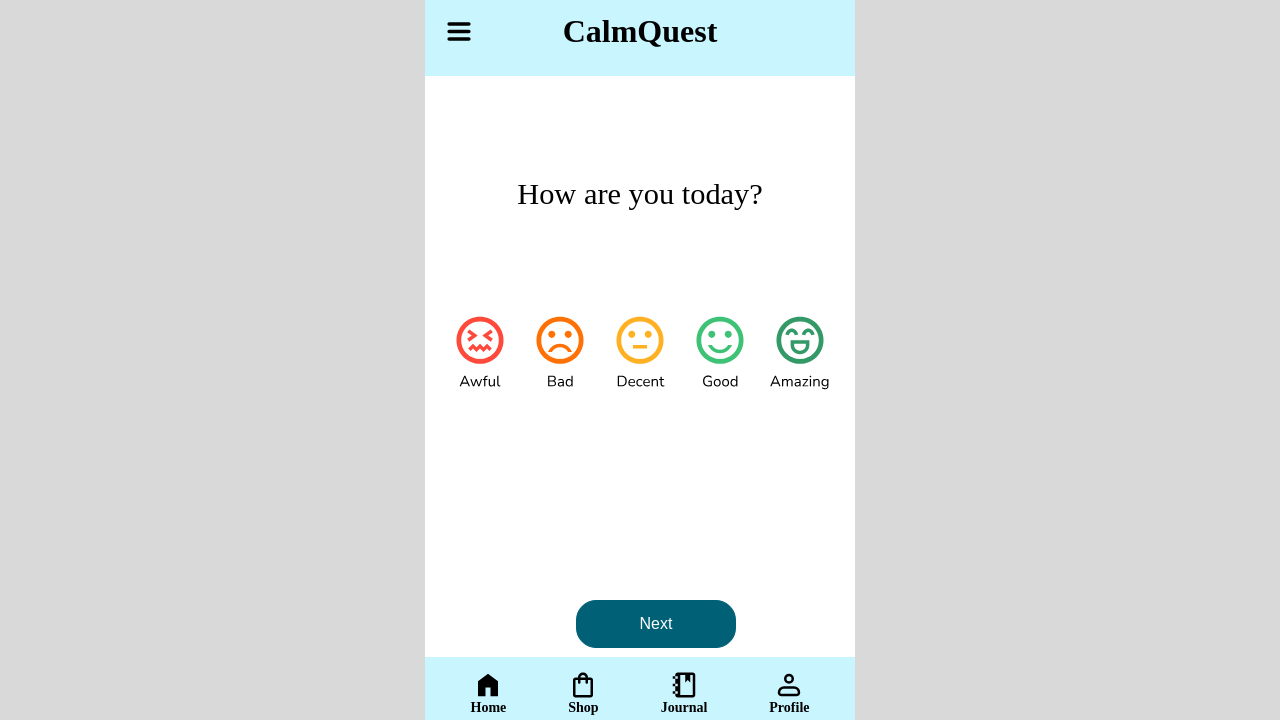
Repository: Michelle2317/CalmQuest
Page: /ParentQuiz
The author's editor kept a copy of each file at every save. The page is drawn from the files as they stood at one save, then again after the next save.
The browser window is 1280 px wide. The pictures show the whole page.
The project was rebuilt for these pictures with package versions that can differ from the ones it lists, and the page was loaded fresh each time. The framework's server and built-in components were replaced by stand-ins that run in the browser. Also part of the build but not shown: next.config.mjs.

Above is the page before, as saved 2024-04-11 02:16:07.

### pages/ParentQuiz.js
import Head from 'next/head'
import styles from '@/styles/Home.module.css'
import ChildQuestions from './ChildQuestions'
import Navbar from '@/components/Navbar'
import Tabbar from '@/components/Tabbar'
import Image from 'next/image'
import { useState } from 'react'

export default function ParentQuiz() {
	const [step, setStep] = useState(1)
	const [previousAnswer, setPreviousAnswer] = useState(null)
	const [selectedAnswers, setSelectedAnswers] = useState([])
	const [quizComplete, setQuizComplete] = useState(false)
	const [score, setScore] = useState(0)
	const [outcome, setOutcome] = useState('')
	const [seedsClaimed, setSeedsClaimed] = useState(false)

	const handleAnswerSelect = (answer) => {
		let points = 0

		switch (step) {
			case 1:
				switch (answer) {
					case 'Awful':
						points = -2
						break
					case 'Bad':
						points = -1
						break
					case 'Decent':
						points = 0
						break
					case 'Good':
						points = 1
						break
					case 'Amazing':
						points = 2
						break
					default:
						break
				}
				break
			case 2:
				switch (answer) {
					case 'Joy':
						points = 1
						break
					case 'Sadness':
					case 'Fear':
						points = -1
						break
					case 'Anger':
						points = -2
						break
					default:
						break
				}
				break
			default:
				break
		}
		setSelectedAnswers([...selectedAnswers, { answer, points }])
		setScore(score + points)

		if (step === 4) {
			calculateOutcome()
		}
		setPreviousAnswer(answer)
	}

	const handleNextStep = () => {
		if (step < 4) {
			setStep(step + 1)
		} else {
			setQuizComplete(true)
			calculateOutcome()
		}
	}

	const calculateOutcome = () => {
		const headspace =
			selectedAnswers[
				selectedAnswers.length - 1
			].answer.toString()
		const totalScore = score
		let message = ''

		if (totalScore >= 0 && totalScore <= 3) {
			message = `You're doing a great job about your ${headspace.toLowerCase()}! Keep it up and you'll do wonders!`
		} else if (totalScore > 3 && totalScore <= 6) {
			message = `You're doing great about your ${headspace.toLowerCase()}!`
		} else if (totalScore >= -7 && totalScore <= -5.5) {
			message = `It sounds like you're having a tough time with your ${headspace.toLowerCase()}. Consider seeking professional help services.`
		} else if (totalScore > -5 && totalScore <= -3) {
			message = `It sounds like you're struggling with your ${headspace.toLowerCase()}. Try some mental exercises to improve your mood.`
		} else if (totalScore > -2.5 && totalScore < 0) {
			message = `It seems like you're having a bit of difficulty with your ${headspace.toLowerCase()}. Mental exercises might help.`
		}
		setOutcome(message)
	}

	const handleClaimSeeds = () => {
		setSeedsClaimed(true)
	}

	const handleMoreActivities = () => {}

	const handlePreviousStep = () => {
		if (step > 1) {
			setStep(step - 1)
		}
	}

	const handleSubmitQuiz = () => {
		setQuizComplete(true)
		calculateOutcome()
	}

	return (
		<>
			<Head>
				<title>CalmQuest</title>
				<meta name="description" content="Generated by create next app" />
				<meta name="viewport" content="width=device-width, initial-scale=1" />
				<link rel="icon" href="/favicon.ico" />
			</Head>
			<main className={`${styles.main}`}>
				<div className={styles.mainContainer}>
					<Navbar />
					{!quizComplete && (
						<ChildQuestions
							question={
								step === 1
									? 'How are you today?'
									: step === 2
									? 'How do you feel?'
									: step === 3
									? 'Describe your feelings?'
									: "What's taking up most of your headspace right now?"
							}
							onSelect={
								handleAnswerSelect
							}
							previousAnswer={
								previousAnswer
							}
							handleNextStep={
								handleNextStep
							}
							outcome={outcome}
					  />
				  )}
					{quizComplete && (
						<div
							className={styles.outcomeContainer}>
							<Image
								src="/images/check.svg"
								alt="Check"
								width={100}
								height={100}
								className={styles.checkIcon}
							/>
							<h2 className={styles.checkDone}>Check-In Done!</h2>
							<p className={`${styles.outcomeMessage}`}>{outcome}</p>
							{!seedsClaimed ? (
								<button
									className={styles.primaryButtonQuiz}
									onClick={handleClaimSeeds}>	Claim 3x Seeds
								</button>
							) : (
								<p
									className={styles.claimedSeeds}>Seeds Claimed</p>
							)}
							<button
								className={styles.primaryButtonQuiz}
								onClick={handleMoreActivities}>More Activities
							</button>
						</div>
					)}
					<div className={styles.buttonContainer}>
						{step > 1 && !quizComplete && (
							<button
								className={`${styles.secondaryButtonQuiz}`}
								onClick={handlePreviousStep}
								tabindex="0">Back
							</button>
						)}
						{!quizComplete ? (
							<button
								className={`${styles.primaryButtonQuiz}`}
								onClick={step === 4 ? handleSubmitQuiz : handleNextStep}
								tabindex="0"
							  >
								{step === 4 ? 'Submit' : 'Next'}
							</button>
						) : (
							<>
              </>
						)}
					</div>
					<Tabbar />
				</div>
			</main>
		</>
	)
}

### styles/globals.css
:root {
	--white: #fff;
	--black: #000;
	--gray: #d9d9d9;
	--light-blue: #c9f5ff;
	--dark-turquoise: #006075;
	--dark-gray: #C0C0C0;
	/* --ombre: linear-gradient(180deg, #E7ECFF 0%, #D8FFFA 100%); */
	/* font size */
	--title1: 36px;
	--title2: 32px;
	--body2: 16px;
	--body-3-small: 14px;
	--body-1-large: 18px;
}

* {
	margin: 0;
	padding: 0;
}

### styles/Home.module.css
.main {
	display: flex;
	flex-direction: row;
	justify-content: center;
	align-items: center;
	min-height: 20vh;
	background-color: var(--gray);
	overflow-y: hidden;
}

.mainContainer {
	position: relative;
	display: flex;
	flex-direction: column;
	justify-content: space-between;
	align-items: center;
	width: 430px;
	height: 100vh;
	max-height: 932px;
	background-color: var(--white);
	overflow-y: auto;
	overflow-x: hidden;
}

.getStartedButton {
}

/*home content*/
.helloContainer {
	display: flex;
	flex-direction: row;
	align-items: center;
	gap: 48px;
}

.mainHello {
	font-size: var(--title2);
}

.mainQuote,
.checkIn {
	font-size: var(--body-3-small);
}

.journalingContainer {
	width: 398px;
}

.explore,
.prompt {
	font-size: var(--body-1-large);
	font-weight: bold;
}

.quote {
	font-size: var(--body2);
}

.write {
	text-align: right;
}

.exerciseCarousel {
	display: flex;
	flex-direction: row;
}

/* Quiz/Check-In */
.questionOne,
.questionTwo {
	color: var(--black);
	font-family: 'Merriweather', serif;
	font-size: 1.9em;
	font-weight: 400;
	text-align: center;
}

.questionDescription {
	font-family: 'Nunito', sans-serif;
	font-size: 1rem;
	font-weight: 400;
}

.questionTwoDescription {
	font-family: 'Nunito', sans-serif;
	font-size: 1rem;
	font-weight: 400;
	margin-top: -4rem;
}

.questionThreeDescription {
	font-family: 'Nunito', sans-serif;
	font-size: 1rem;
	font-weight: 400;
	margin-top: -5rem;
}

.emojis {
	flex-direction: row;
	display: inline-flex;
	position: relative;
	justify-content: center;
	padding-bottom: 10rem;
}

.questionOneNext {
	position: absolute;
	margin-top: 28rem;
}

.quizNext {
	position: absolute;
	margin-top: 30rem;
	margin-left: 8rem;
}

.quizBack {
	position: absolute;
	margin-top: 30rem;
	margin-right: 8rem;
}

.emojisEmotion {
	display: flex;
	flex-wrap: wrap;
	justify-content: center;
	margin-top: -4rem;
}

.emotionContainer {
	display: flex;
}

.emotionRegular {
	width: 9rem;
	height: 6rem;
	margin: 0.5rem;
	padding: 0.5rem;
	background-color: var(--light-blue);
	border-radius: 0.5rem;
}

.selectedEmoji {
	border: 0.2rem solid var(--dark-turquoise);
}

.multiSelectContainer {
	display: flex;
	flex-wrap: wrap;
	justify-content: center;
}

.titleEmotion {
	position: absolute;
	margin-top: -5rem;
}

.rectangle {
	width: 6.5rem;
	height: 3.5rem;
	background-color: var(--light-blue);
	margin: 0.5rem;
	display: flex;
	justify-content: center;
	align-items: center;
	border-radius: 0.5rem;
	font-family: 'Nunito', sans-serif;
}

.buttonContainer {
	position: absolute;
	margin-top: 34.5rem;
}

.primaryButtonQuiz {
	text-align: center;
	color: var(--white);
	font-size: 16px;
	font-family: 'Nunito', sans-serif;
	font-weight: 400;
	word-wrap: break-word;
	width: 160px;
	height: 48px;
	background: var(--dark-turquoise);
	border: 1px var(--dark-turquoise) solid;
	border-radius: 20px;
	justify-content: center;
	align-items: center;
	display: inline-flex;
	margin-left: 2rem;
	margin-top: 3rem;
}

.primaryButtonQuiz:hover {
	text-align: center;
	color: var(--dark-turquoise);
	font-size: 16px;
	font-family: 'Nunito', sans-serif;
	font-weight: 400;
	word-wrap: break-word;
	width: 160px;
	height: 48px;
	background: var(--light-blue);
	border: 1px var(--dark-turquoise) solid;
	border-radius: 20px;
	justify-content: center;
	align-items: center;
	display: inline-flex;
}

.secondaryButtonQuiz {
	text-align: center;
	color: var(--white);
	font-size: 16px;
	font-family: 'Nunito', sans-serif;
	font-weight: 400;
	word-wrap: break-word;
	width: 160px;
	height: 48px;
	border-radius: 20px;
	background-color: var(--black);
	overflow: hidden;
	border: 1px var(--black) solid;
	justify-content: center;
	align-items: center;
	display: inline-flex;
}

.secondaryButtonQuiz:hover {
	width: 160px;
	height: 48px;
	color: var(--black);
	background: var(--white);
	border-radius: 20px;
	overflow: hidden;
	border: 1px var(--black) solid;
	justify-content: center;
	align-items: center;
	display: inline-flex;
}

.secondary,
.button {
	color: var(--dark-turquoise);
}

.checkIcon {
	position: relative;
	padding-left: 10rem;
	margin-top: -4rem;
}

.checkDone {
	color: var(--black);
	font-family: 'Merriweather', serif;
	font-size: 1.9em;
	font-weight: 400;
	text-align: center;
	padding-top: 2rem;
	padding-bottom: 1rem;
}

.claimedSeeds {
	text-align: center;
	color: var(--white);
	font-size: 16px;
	font-family: 'Nunito', sans-serif;
	font-weight: 400;
	width: 160px;
	height: 48px;
	background: var(--dark-gray);
	border: 1px var(--dark-turquoise) solid;
	border-radius: 20px;
	overflow: hidden;
	justify-content: center;
	align-items: center;
	display: inline-flex;
	margin-left: 3rem;
	margin-top: 3rem;
}

.outcomeMessage {
	text-align: center;
	width: 90%;
	padding-left: 1rem;
}

### components/Navbar/index.js
import styles from './Navbar.module.css'
import Image from 'next/image'

export default function Navbar() {
	return (
		<>
			<div className={styles.navbar}>
					<Image
						src={`/images/hamburgerMenu.svg`}
						alt="hamburger menu"
						width="30"
						height="30"
						className={styles.hamburgerMenuIcon}
					/>
				<div className={styles.calmQuest}>CalmQuest</div>
			</div>
		</>
	)
}

### components/Tabbar/index.js
import styles from "./Tabbar.module.css";
import Image from "next/image";

export default function Tabbar() {
  return (
    <>
      <div className={styles.tabbar}>
        <div className={styles.homeContainer}>
          <Image
            src={`/images/homeSecondary.svg`}
            alt="home"
            width={30}
            height={30}
            className={styles.homeSecondary}
          />
          <p>Home</p>
        </div>
        <div className={styles.shopContainer}>
          <Image
            src={`/images/shopPrimary.svg`}
            alt="shop icon"
            width={30}
            height={30}
            className={styles.shopPrimary}
          />
          <p>Shop</p>
        </div>
        <div className={styles.journalContainer}>
          <Image
            src={`/images/journalPrimary.svg`}
            alt="journal icon"
            width={30}
            height={30}
            className={styles.journalPrimary}
          />
          <p>Journal</p>
        </div>
        <div className={styles.profileContainer}>
          <Image
            src={`/images/profilePrimary.svg`}
            alt="profile icon"
            width={30}
            height={30}
            className={styles.profilePrimary}
          />
          <p>Profile</p>
        </div>
      </div>
    </>
  );
}

### components/Navbar/Navbar.module.css
.navbar {
	width: 430px;
	height: 72px;
	padding-top: 1px;
	padding-left: 13px;
	padding-right: 132px;
	background: #c9f5ff;
	display: flex;
	justify-content: center;
	align-items: center;
	gap: 89px;
}

.hamburgerMenuIcon {
	width: 30px;
	height: 30px;
	position: relative;
	flex-direction: column;
	justify-content: flex-start;
	align-items: flex-start;
	display: flex;
}

.calmQuest {
	color: var(--black);
	font-size: 32px;
	font-family: Nunito;
	font-weight: 700;
}

### components/Tabbar/Tabbar.module.css
.tabbar {
	width: 430px;
	height: 65px;
	padding-top: 1px;
	background: #c9f5ff;
	display: flex;
	justify-content: center;
	align-items: center;
	gap: 62px;
}

.tabbar p {
	color: var(--black);
	font-size: 14px;
	font-family: Nunito;
	font-weight: 700;
}

.homeContainer, .shopContainer, .journalContainer, .profileContainer {
    display: flex;
    flex-direction: column;
    align-items: center;
}

Loaded but not shown: pages/_app.js (common file); pages/_document.js (common file); pages/ChildQuestions.js (414 lines, source omitted)

After the next save:
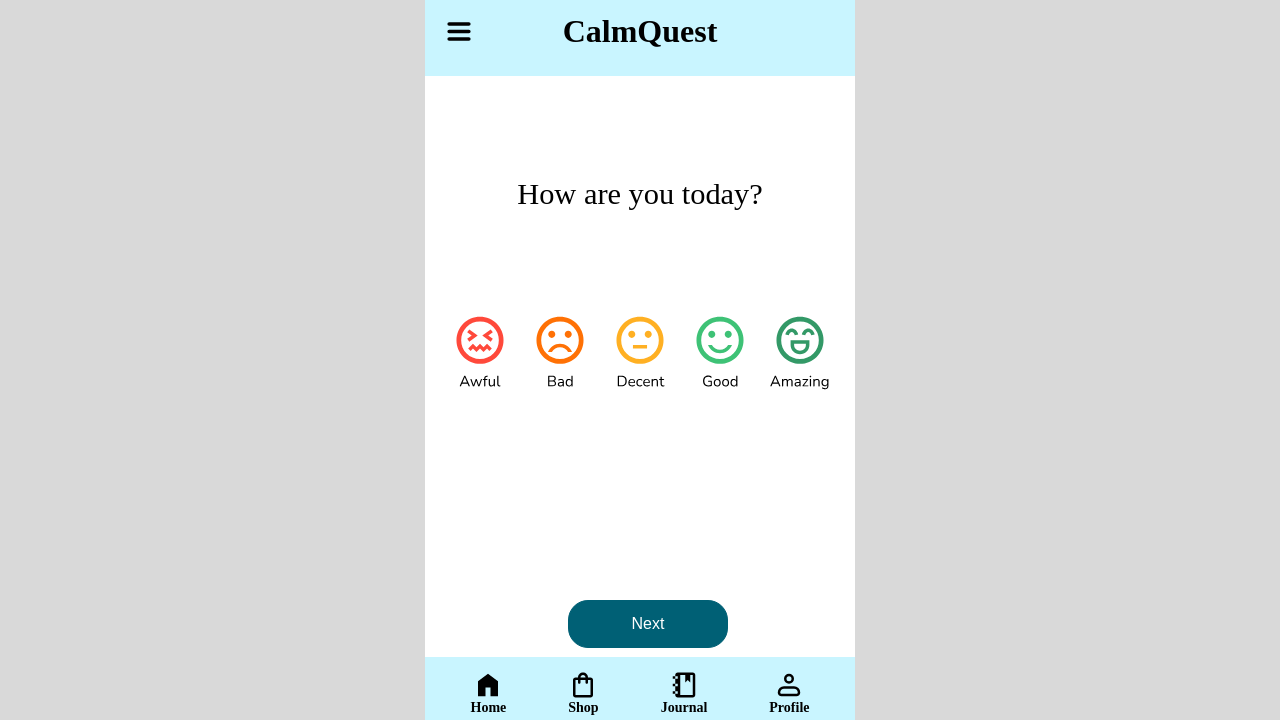
Saved 4 s later.
--- a/styles/Home.module.css
+++ b/styles/Home.module.css
@@ -187,7 +187,7 @@
 	justify-content: center;
 	align-items: center;
 	display: inline-flex;
-	margin-left: 2rem;
+	margin-left: 1rem;
 	margin-top: 3rem;
 }
 
